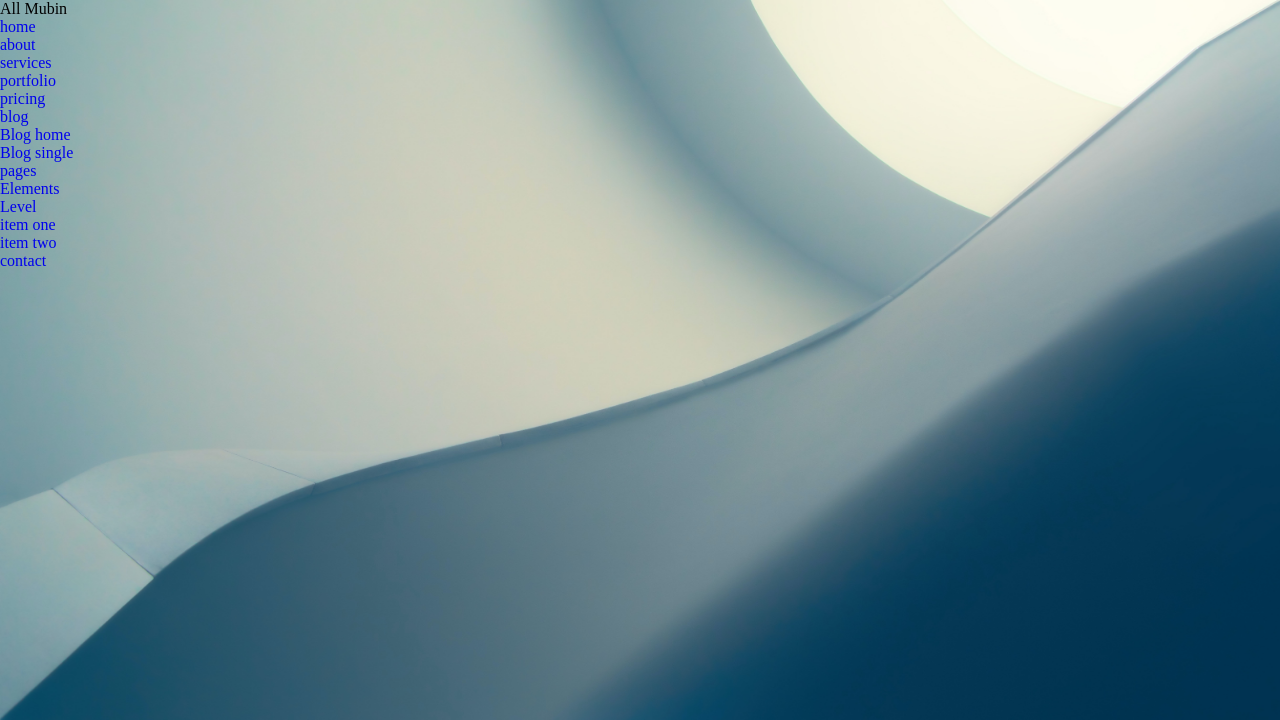
Repository: mdaj6804gmail/1-page-web-theme
Page: project 4/index.html
These files come from the project's save history. The page is drawn as it stood at one moment and after the next save; the edit follows.
The browser window is 1280 px wide. The pictures show the whole page.

Above is the page before, as saved 2022-12-18 18:42:09.

After the next save:
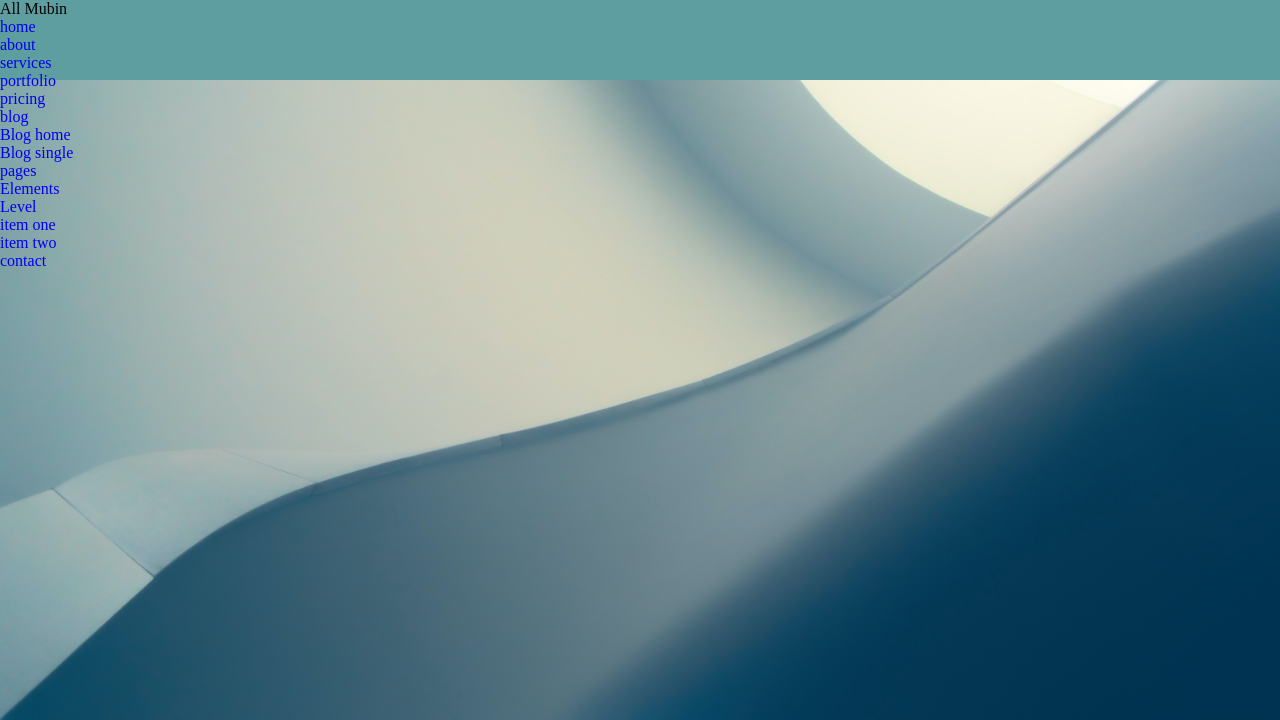
Saved 7 s later.
--- a/project 4/style.css
+++ b/project 4/style.css
@@ -17,5 +17,5 @@
 header{
     width: 100%;
     height: 80px;
-    background-color: ;
+    background-color: cadetblue;
 }
